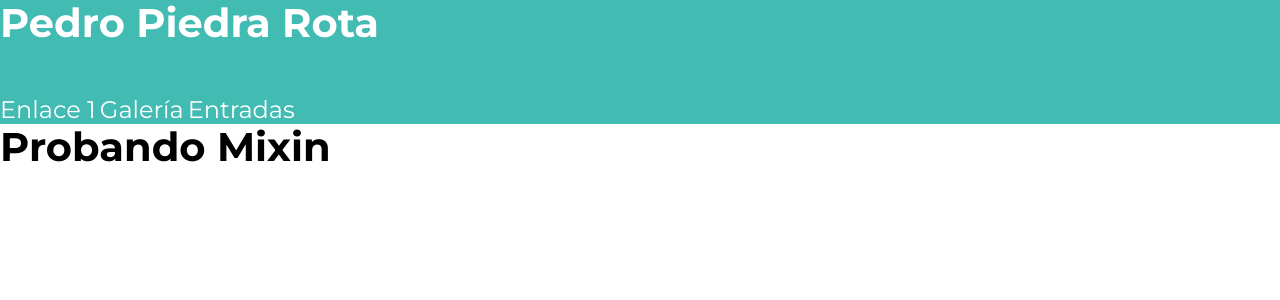
Repository: araque1990/PedroPiedraRota
Page: index.html
The author's editor kept a copy of each file at every save. The page is drawn from the files as they stood at one save, then again after the next save.
The browser window is 1280 px wide. The pictures show the whole page.
The style sheet was rebuilt from its Sass, Less or Tailwind sources for each picture, by a compiler version that may differ from the author's.

Above is the page before, as saved 2023-03-13 17:25:21.

After the next save:
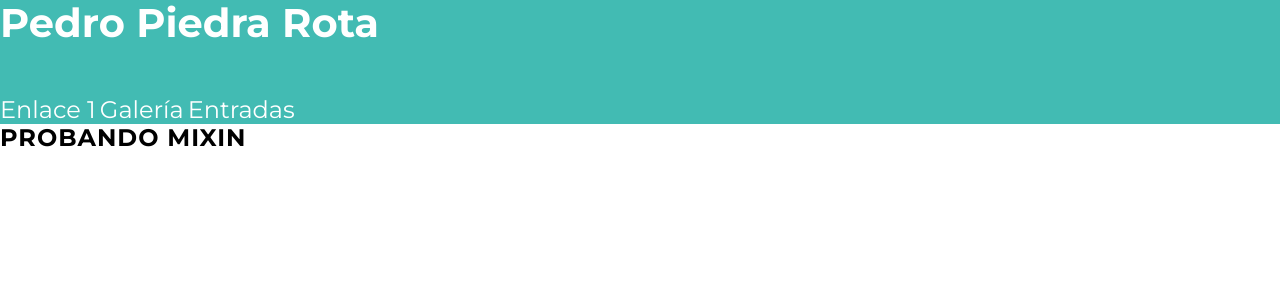
Saved 34 s later.
--- a/src/scss/layout/_header.scss
+++ b/src/scss/layout/_header.scss
@@ -21,5 +21,5 @@
 }
 
 .prueba {
-
+  @include m.heading;
 }
